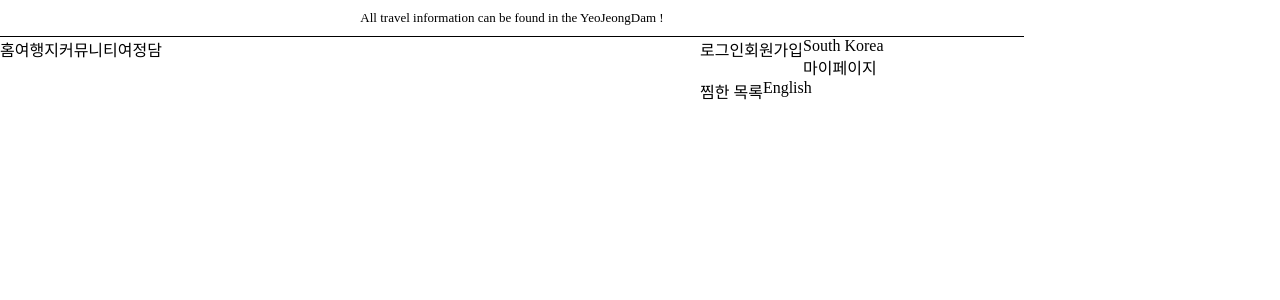
Repository: gaeunlee95/semi
Page: http://localhost/semi/main.jsp
The author's editor kept a copy of each file at every save. The page is drawn from the files as they stood at one save, then again after the next save.
The browser window is 1280 px wide. The pictures show the whole page.
The page is served by Tomcat 9.

Above is the page before, as saved 2023-12-06 08:44:19.

After the next save:
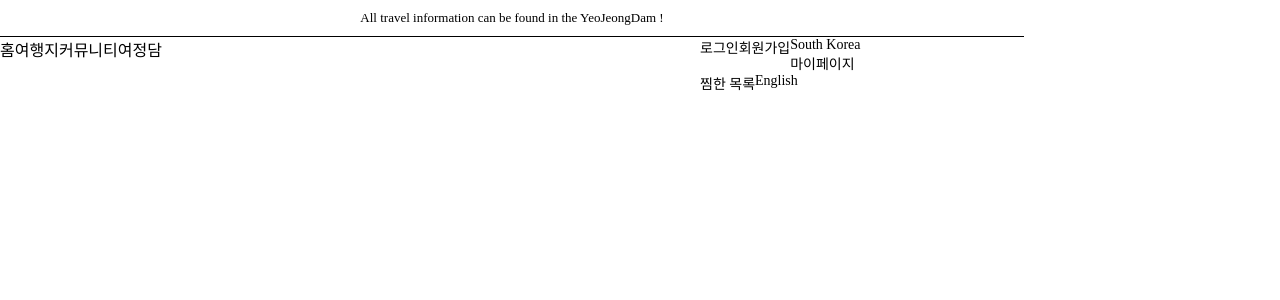
Saved 7 s later.
--- a/semi/src/main/webapp/resources/css/style.css
+++ b/semi/src/main/webapp/resources/css/style.css
@@ -39,7 +39,7 @@ header #sideMenu{
 	width: 324px;
 }
 header #sideMenu li{
-	font-size:
+	font-size: 14px;
 }
 
 
